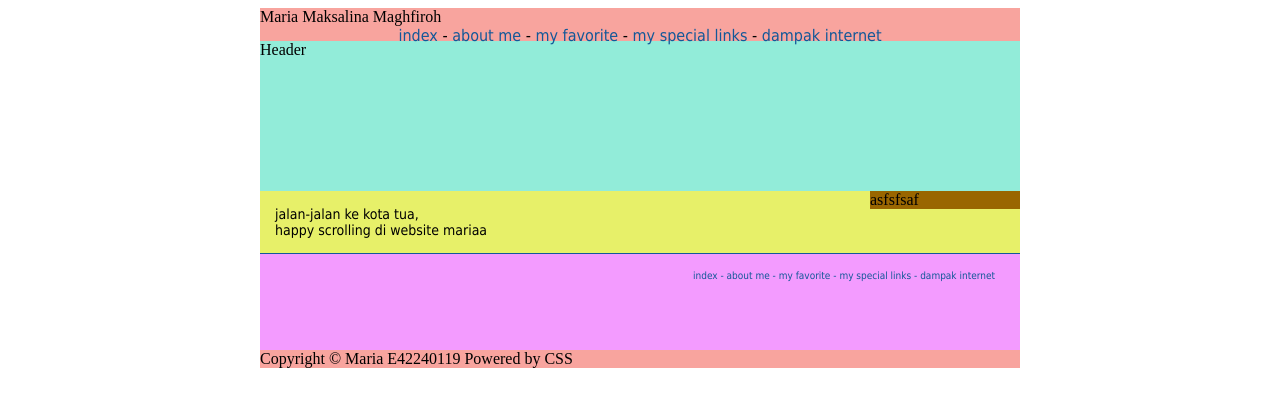
Repository: Bearli-py/latihan_bisdig
Page: index.html
An editor plug-in stored every save of this project. The page is shown before and after the next save, followed by the edit.
The browser window is 1280 px wide. The pictures show the whole page.

Above is the page before, as saved 2025-09-09 16:29:20.

### index.html
<!DOCTYPE html>
<html lang="en">
<head>
    <meta charset="UTF-8">
    <meta name="viewport" content="width=device-width, initial-scale=1.0">
    <link rel="stylesheet" href="style.css">
    <title>Judul</title>

</head>
<body>
    <div id="page-container"> Maria Maksalina Maghfiroh
        <div id="main-nav"><a href="index.html">index</a> -
            <a href="about.html">about me</a> -
            <a href="fav.html">my favorite</a> -
            <a href="links.html">my special links</a> -
            <a
            href="dampak.html">dampak internet</a></div>
        <div id="header">Header</div>
        <div id="side_bar">asfsfsaf</div>
        <div id="content">jalan-jalan ke kota tua,<br />
            happy scrolling di website mariaa</div>
        <div id="footer"><div id="altnav">
            <a href="index.html">index</a> -
            <a href="about.html">about me</a> -
            <a href="fav.html">my favorite</a> -
            <a href="links.html">my special links</a> -
            <a
            href="dampak.html">dampak internet</a>
            </div>
        </div>
            Copyright &copy; Maria E42240119 Powered by CSS</div>
            </div>

</body>
</html>

### style.css
#page-container {
    width: 760px;
    margin: auto;
    background: rgb(248, 164, 158);
    text-align: left;
}
#header {
    background: rgb(146, 236, 217);
    height: 150px;
}
#content {
    background: rgb(231, 240, 105);
}
#footer {
    background: rgb(243, 155, 255);
    height: 66px;
}
#main-nav {
    height: 15px;
    text-align:center;
    font-family: Tahoma, Arial, Helvetica, Sans-serif;
}
#main-nav a{
    color: #135899;
    text-decoration: none;
}
#main-nav a:hover{color: #db6d16;}
#footer {
    height: 70px;
    font-family: Tahoma, Arial, Helvetica, Sans-serif;
    font-size: 10px;
    color: #135899;
    border-top: 1px solid #135899;
    padding: 13px 25px;
    line-height: 18px;
}
#footer a {
    color: #135899;
    text-decoration: none;
}
#footer a:hover {
    color: #db6d16;
}
#footer #altnav {
    width: 350px;
    float: right;
    text-align: right;
}
#content {
    font-family:Tahoma, arial, helvetica, sans-serif;
    font-size:14px;
    padding: 15px 15px;
}

#side_bar{
background:#996600;
float:right;
width:150px;
}

After the next save:
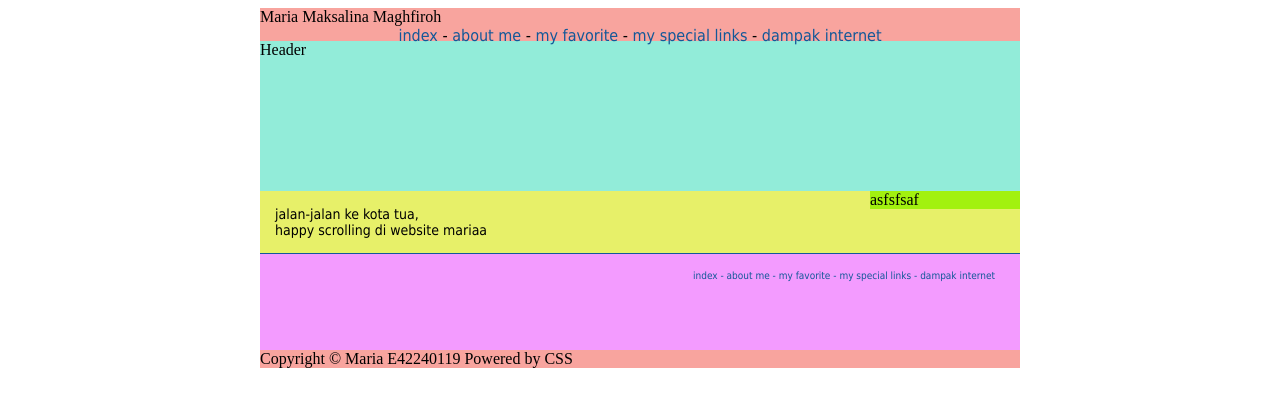
Saved 9 s later.
--- a/style.css
+++ b/style.css
@@ -53,7 +53,7 @@
 }
 
 #side_bar{
-background:#996600;
+background:#a2f10f;
 float:right;
 width:150px;
 }
